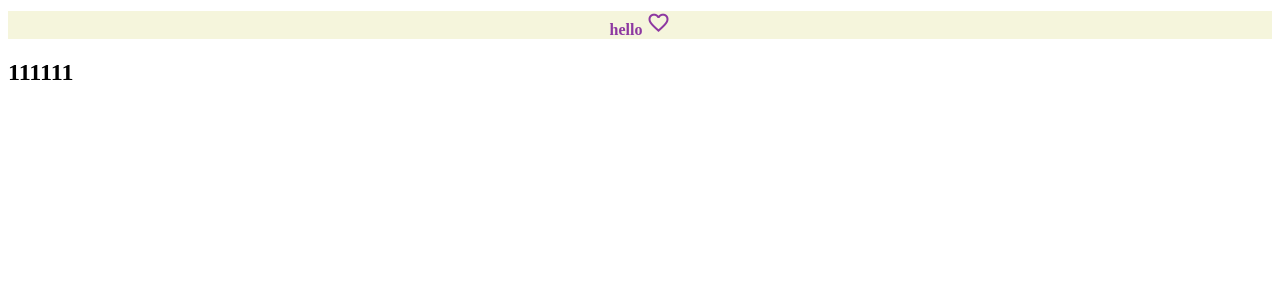
Repository: Jutta197/frontend726
Page: css_ex/color/index.html
The author's editor kept a copy of each file at every save. The page is drawn from the files as they stood at one save, then again after the next save.
The browser window is 1280 px wide. The pictures show the whole page.
Some web fonts or font styles are not loaded; a fallback is used.

Above is the page before, as saved 2023-07-28 13:25:35.

### css_ex/color/index.html
<!DOCTYPE html>
<html lang="en">

<head>
    <meta charset="UTF-8">
    <meta name="viewport" content="width=device-width, initial-scale=1.0">
    <title>Document</title>
    <link rel="stylesheet" href="style.css">
    <link rel="preconnect" href="https://fonts.googleapis.com">
    <link rel="preconnect" href="https://fonts.gstatic.com" crossorigin>
    <link href="https://fonts.googleapis.com/css2?family=Borel&display=swap" rel="stylesheet">
    <link rel="stylesheet"
        href="https://fonts.googleapis.com/css2?family=Material+Symbols+Outlined:opsz,wght,FILL,GRAD@48,400,0,0" />
</head>

<body>
    <h1>hello <span class="material-symbols-outlined">
            favorite
        </span></h1>

    <h2>111111</h2>


</body>

</html>

### css_ex/color/style.css
h1 {
    color: #0000FF;
    background-color: beige;
    text-align: center;
    /* font-family: Arial, Helvetica, sans-serif; */
    font-family: 'Borel', cursive;
    /* https://fonts.google.com/ */
    /* 文字のサイズの指定 */
    font-size: 16px;

}

h1 {
    color: rgb(141, 56, 161);
}

After the next save:
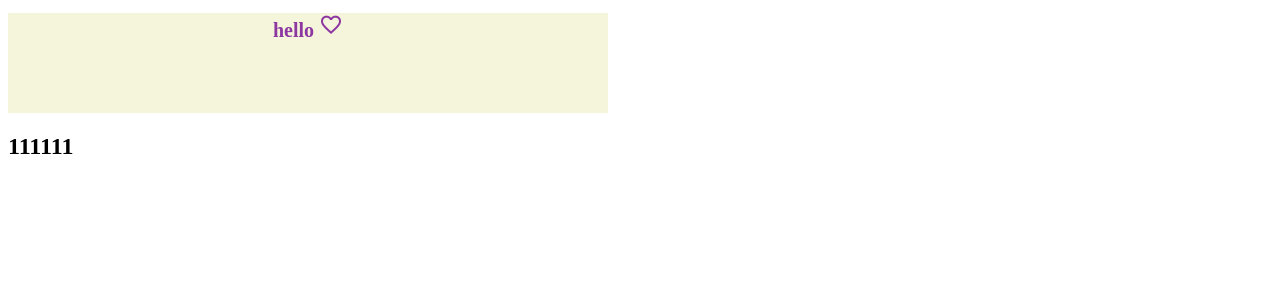
Saved 14 min 31 s later.
--- a/css_ex/color/style.css
+++ b/css_ex/color/style.css
@@ -6,7 +6,10 @@ h1 {
     font-family: 'Borel', cursive;
     /* https://fonts.google.com/ */
     /* 文字のサイズの指定 */
-    font-size: 16px;
+    font-size: 20px;
+    width: 600px;
+    height: 100px;
+
 
 }
 
